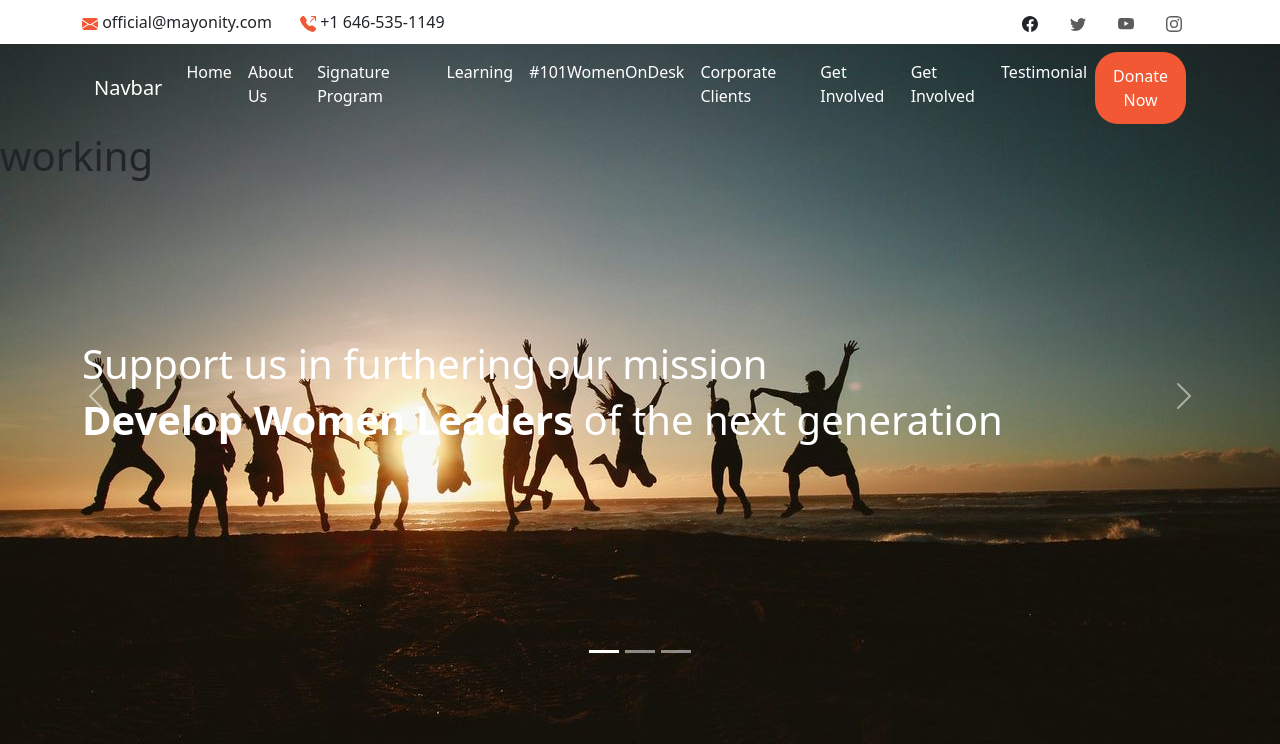
Repository: rizwan-zafar/wings
Page: /
The author's editor kept a copy of each file at every save. The page is drawn from the files as they stood at one save, then again after a run of saves.
The browser window is 1280 px wide. The pictures show the whole page.
The project was rebuilt for these pictures with package versions that can differ from the ones it lists, and the page was loaded fresh each time.

Above is the page before, as saved 2022-11-26 22:40:09.

### public/index.html
<!DOCTYPE html>
<html lang="en">
  <head>
    <meta charset="utf-8" />
    <link rel="icon" href="%PUBLIC_URL%/favicon.ico" />
    <meta name="viewport" content="width=device-width, initial-scale=1" />
    <meta name="theme-color" content="#000000" />
    <meta
      name="description"
      content="Web site created using create-react-app"
    />
    <link rel="apple-touch-icon" href="%PUBLIC_URL%/logo192.png" />
    <!--
      manifest.json provides metadata used when your web app is installed on a
      user's mobile device or desktop. See https://developers.google.com/web/fundamentals/web-app-manifest/
    -->
    <link rel="manifest" href="%PUBLIC_URL%/manifest.json" />
    <!--
      Notice the use of %PUBLIC_URL% in the tags above.
      It will be replaced with the URL of the `public` folder during the build.
      Only files inside the `public` folder can be referenced from the HTML.

      Unlike "/favicon.ico" or "favicon.ico", "%PUBLIC_URL%/favicon.ico" will
      work correctly both with client-side routing and a non-root public URL.
      Learn how to configure a non-root public URL by running `npm run build`.
    -->
    <title>Wings</title>
  </head>
  <body>
    <noscript>You need to enable JavaScript to run this app.</noscript>
    <div id="root"></div>
    <!--
      This HTML file is a template.
      If you open it directly in the browser, you will see an empty page.

      You can add webfonts, meta tags, or analytics to this file.
      The build step will place the bundled scripts into the <body> tag.

      To begin the development, run `npm start` or `yarn start`.
      To create a production bundle, use `npm run build` or `yarn build`.
    -->
  </body>
</html>

### src/index.js
import React from 'react';
import ReactDOM from 'react-dom/client';
import './index.css';
import App from './App';
import "../node_modules/bootstrap/dist/css/bootstrap.min.css"
import "../node_modules/bootstrap/dist/js/bootstrap.min.js"

const root = ReactDOM.createRoot(document.getElementById('root'));
root.render(
  <React.StrictMode>
    <App />
  </React.StrictMode>
);

// If you want to start measuring performance in your app, pass a function
// to log results (for example: reportWebVitals(console.log))
// or send to an analytics endpoint. Learn more: https://bit.ly/CRA-vitals

### src/index.css
html {
  margin: 0;
  padding: 0;
  font-family: -apple-system, BlinkMacSystemFont, 'Segoe UI', 'Roboto', 'Oxygen',
    'Ubuntu', 'Cantarell', 'Fira Sans', 'Droid Sans', 'Helvetica Neue',
    sans-serif;
  -webkit-font-smoothing: antialiased;
  -moz-osx-font-smoothing: grayscale;
}
.icons{
  color:#f15833 ;
}
.social-icons{
  color:#000000a3
}

### src/App.js
import Home from "./Pages/Home"
function App() {
  return (

    <>
      <Home />
    </>

  );
}

export default App;

### src/Pages/Home.js
import React from 'react'
import TopNavbar from "../Components/Topnavbar"
// import Navbar from "../Components/Navbar"
import Slider from "../Components/Slider"
export default function Home() {
    return (
        <div>
            <TopNavbar />
            {/* <Navbar /> */}
            <Slider />
        </div>
    )
}

### src/Components/Topnavbar.js
import React from 'react'
import "../Css/Topnav.css"
import { EnvelopeFill, TelephoneOutboundFill, Twitter, Youtube, Instagram, Facebook } from "react-bootstrap-icons"
export default function Topnavbar() {
    return (
        <div className="top-bar container d-flex justify-content-between">
            <div>
                <span> <EnvelopeFill className="icons" /> official@mayonity.com</span>
                <span className="set-padding p-4"> <TelephoneOutboundFill className="icons ml-3" /> +1 646-535-1149</span>
            </div>
            <div>
                <span className="p-3 social-icons-"><Facebook /></span>
                <span className="p-3 social-icons"><Twitter /></span>
                <span className="p-3 social-icons"><Youtube /></span>
                <span className="p-3 social-icons"><Instagram /></span>
            </div>
        </div>
    )
}

### src/Components/Slider.js
import React from 'react'
import "../Css/Slider.css"
import Navbar from "../Components/Navbar"
export default function Slider() {
    return (
        <div className="set-slider">
            <Navbar />
            <h1>working</h1>
            <div id="carouselExampleCaptions" className=" carousel slide" data-bs-ride="false">
                <div className="carousel-indicators">
                    <button type="button" data-bs-target="#carouselExampleCaptions" data-bs-slide-to="0" className="active" aria-current="true" aria-label="Slide 1"></button>
                    <button type="button" data-bs-target="#carouselExampleCaptions" data-bs-slide-to="1" aria-label="Slide 2"></button>
                    <button type="button" data-bs-target="#carouselExampleCaptions" data-bs-slide-to="2" aria-label="Slide 3"></button>
                </div>
                <div className="carousel-inner container">
                    <div className="carousel-item active">
                        {/* <img src="https://thumbs.dreamstime.com/b/happy-active-kids-group-six-boys-team-sitting-grass-balls-smiling-sunny-summer-day-33824066.jpg" className="d-block w-100" alt="..." /> */}
                        <div>
                            <h1>Support us in furthering our mission</h1>
                            <h1><strong>Develop Women Leaders</strong> of the next generation</h1>
                        </div>
                    </div>
                </div>
                <div>
                    <button className="carousel-control-prev" type="button" data-bs-target="#carouselExampleCaptions" data-bs-slide="prev">
                        <span className="carousel-control-prev-icon" aria-hidden="true"></span>
                        <span className="visually-hidden">Previous</span>
                    </button>
                    <button className="carousel-control-next" type="button" data-bs-target="#carouselExampleCaptions" data-bs-slide="next">
                        <span className="carousel-control-next-icon" aria-hidden="true"></span>
                        <span className="visually-hidden">Next</span>
                    </button>
                </div>
            </div>
        </div>
    )
}

### src/Css/Topnav.css
.top-bar{
background-color: #fff;
padding: 10px;
}
.nav-container .btn
{
    background: #f15833;
    border-radius: 23px;
    color: white;
    padding: 11px;
    font-weight: 500;
}
 .nav-container nav ul li a
{
    color:  white;
}

### src/Css/Slider.css
.set-slider{
    background-image: url("/public/Images/header.jpg");
    background-size: cover;
    background-repeat: no-repeat;
    height: 700px;
}
.set-slider .carousel-indicators{
    top:300px
}
.set-slider .carousel-inner
{
     margin-top: 160px;
     color:white
}
.set-slider .carousel-inner h1
{

    font-weight: 400;
}
.set-slider .carousel-inner h1 strong
{
    color:#
}

### src/Components/Navbar.js
import React from 'react'

export default function Navbar() {
    return (
        <div className="nav-container container">
        <nav className="navbar navbar-expand-lg navbar-dark">
  <div className="container-fluid">
    <a className="navbar-brand" href="/">Navbar</a>
    <button className="navbar-toggler" type="button" data-bs-toggle="collapse" data-bs-target="#navbarNav" aria-controls="navbarNav" aria-expanded="false" aria-label="Toggle navigation">
      <span className="navbar-toggler-icon"></span>
    </button>
    <div className="collapse navbar-collapse" id="navbarNav">
      <ul className="navbar-nav ms-auto">
        <li className="nav-item">
          <a className="nav-link active" aria-current="page" href="/">Home</a>
        </li>
        <li className="nav-item">
          <a className="nav-link" href="/">About Us</a>
        </li>
        <li className="nav-item">
          <a className="nav-link" href="/">Signature Program</a>
        </li>
        <li className="nav-item">
          <a className="nav-link" href="/">Learning</a>
        </li>
        <li className="nav-item">
          <a className="nav-link" href="/">#101WomenOnDesk</a>
        </li>
        <li className="nav-item">
          <a className="nav-link" href="/">Corporate Clients</a>
        </li>
        <li className="nav-item">
          <a className="nav-link" href="/">Get Involved</a>
        </li>
        <li className="nav-item">
          <a className="nav-link" href="/">Get Involved</a>
        </li>
        <li className="nav-item">
          <a className="nav-link" href="/">Testimonial</a>
        </li>
        <li className="nav-item">
          <a className="nav-link btn " href="/">Donate Now</a>
        </li>

      </ul>
    </div>
  </div>
</nav>
        </div>
    )
}

After the next 2 saves:
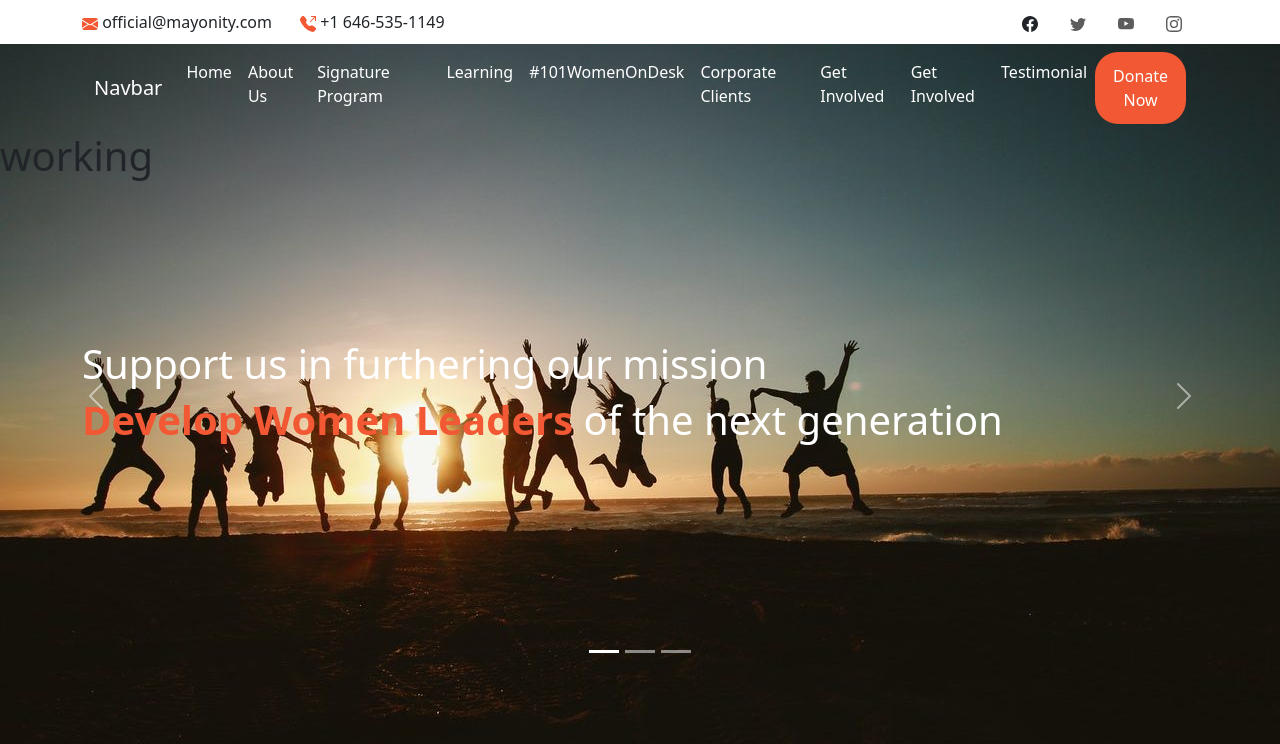
The 2 saves are shown as one change because they came seconds apart.
The last was saved 8 s later.
--- a/src/Css/Slider.css
+++ b/src/Css/Slider.css
@@ -19,5 +19,5 @@
 }
 .set-slider .carousel-inner h1 strong
 {
-    color:#
+    color:#f15833
 }
